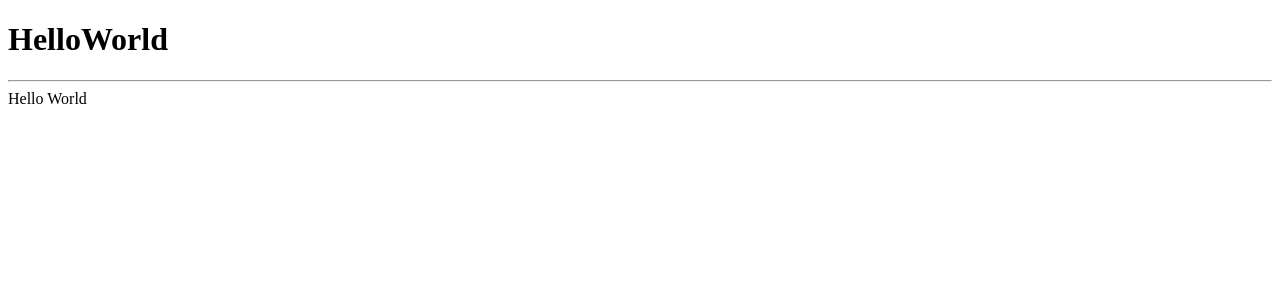
Repository: 13982720426/vue2.0-LearningNotes
Page: example/bind.html
These files come from the project's save history. The page is drawn as it stood at one moment and after the next save; the edit follows.
The browser window is 1280 px wide. The pictures show the whole page.

Above is the page before, as saved 2021-06-23 21:05:05.

### example/bind.html
<!DOCTYPE html>
<html lang="en">
  <head>
    <meta charset="UTF-8" />
    <meta http-equiv="X-UA-Compatible" content="IE=edge" />
    <meta name="viewport" content="width=device-width, initial-scale=1.0" />
    <title>HelloWord</title>
    <script type="text/javascript" src="../assets/js/vue.js"></script>
  </head>
  <body>
    <h1>HelloWorld</h1>
    <hr />
    <div id="app">{{message}}</div>
    <script type="text/javascript">
      var app = new Vue({
        el: '#app',
        data: {
          message: 'Hello World',
        },
      });
    </script>
  </body>
</html>

Loaded but not shown: assets/js/vue.js (library)

After the next save:
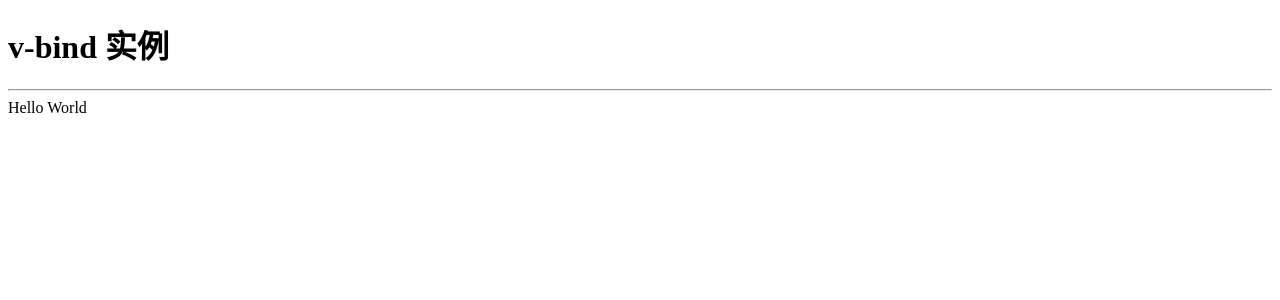
Saved 53 s later.
--- a/example/bind.html
+++ b/example/bind.html
@@ -4,11 +4,11 @@
     <meta charset="UTF-8" />
     <meta http-equiv="X-UA-Compatible" content="IE=edge" />
     <meta name="viewport" content="width=device-width, initial-scale=1.0" />
-    <title>HelloWord</title>
+    <title>v-bind 实例</title>
     <script type="text/javascript" src="../assets/js/vue.js"></script>
   </head>
   <body>
-    <h1>HelloWorld</h1>
+    <h1>v-bind 实例</h1>
     <hr />
     <div id="app">{{message}}</div>
     <script type="text/javascript">
